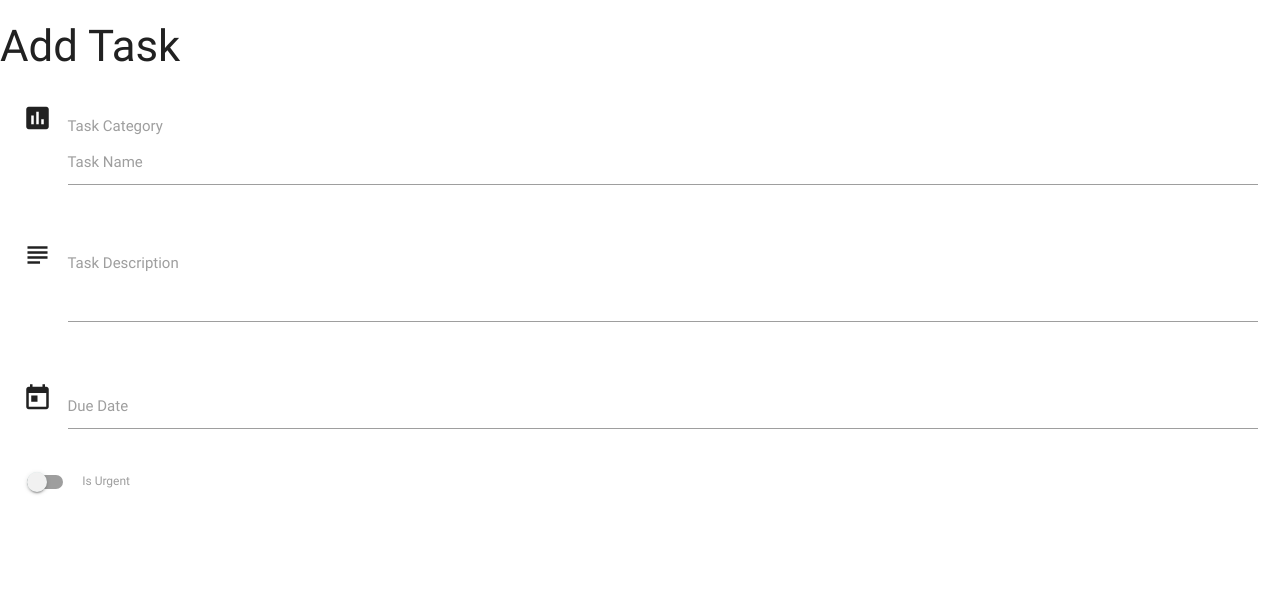
Repository: Debbiepimpo/python-miniproject
Page: http://localhost/add_task
The author's editor kept a record of every edit. The page is drawn from the files as they stood at one moment, then again after the next edit.
The browser window is 1280 px wide. The pictures show the whole page.
Some web libraries are served in a nearby version. The page is served by the project's application, run on Flask 3 (app.py). Queries for data that is not in the repository find no rows.

Above is the page before.
Console error: TypeError: $(...).formSelect is not a function

### templates/addtasks.html
{% extends 'base.html' %} {% block content %}

<h3>Add Task</h3>
<div class="row">
    <form action="" method="POST" class="col s12">
        <div class="row">
            <div class="input-field col s12">
                <i class="material-icons prefix">poll</i>
                <select id="category" name="category_name">
                    <option value="" disabled selected>Choose Category</option>
                    {% for cat in categories %}
                    <option value="{{cat_category_name}}">{{cat_category_name}}</option>
                    {% endfor %}
                </select>
                <label>Task Category</label>
            </div>
        </div>
        <div class="row">
            <div class="input-field col s12">
                <i class="material-icons prefix">assigment</i>
                <input id="task_name" name="task_name" type="text" class="validate">
                <label for="icon_prefix">Task Name</label>
            </div>
        </div>
        <div class="row">
            <div class="input-field col s12">
                <i class="material-icons prefix">subject</i>
                <textarea type="textarea" name="task_description" id="task_description" class="materialize-textarea"></textarea>
                <label for="icon_telephone">Task Description</label>
            </div>
        </div>
        <div class="row">
            <div class="input-field col s12">
                <i class="material-icons prefix">today</i>
                <input id="matfix" name="due_date" type="text" class="datepicker">
                <label for="icon_prefix">Due Date</label>
            </div>
        </div>
        <div class="row">
            <div class="switch">
                <label>
                  <input id="is_urgent" name="is_urgent" type="checkbox">
                  <span class="lever"></span>
                  Is Urgent
                </label>
            </div>
        </div>
    </form>
</div>


{% endblock %}

### templates/base.html
<!DOCTYPE html>
<html lang="en">

<head>
    <meta charset="UTF-8">
    <meta name="viewport" content="width=device-width, initial-scale=1.0">
    <meta http-equiv="X-UA-Compatible" content="ie=edge">
    <link href="https://fonts.googleapis.com/icon?family=Material+Icons" rel="stylesheet">
    <link rel="stylesheet" href="https://cdnjs.cloudflare.com/ajax/libs/materialize/0.100.2/css/materialize.min.css">
    <title>Task Manager</title>
</head>

<body>
    {% block content %} {% endblock %}
    <script src="https://cdnjs.cloudflare.com/ajax/libs/jquery/3.2.1/jquery.min.js"></script>
    <script src="https://cdnjs.cloudflare.com/ajax/libs/materialize/0.100.2/js/materialize.min.js"></script>
    <script type="text/javascript">
        $(document).ready(function(){
            $('.collapsible').collapsible();
            $('select').formSelect();
            $('.datepicker').datepicker();
        });
        document.getElementById("matfix").addEventListener("click", function(e) {
            e.stopPropagation();
        });
    </script>


</body>

</html>

### app.py
import os
from flask import Flask, render_template, redirect, request, url_for
from flask_pymongo import PyMongo
from bson.objectid import ObjectId

app = Flask(__name__)
app.config["MONGO_DBNAME"] = 'task-manager'
app.config["MONGO_URI"] = os.getenv('MONGO_URI')

mongo = PyMongo(app)


@app.route('/')
@app.route('/get_tasks')
def get_tasks():
    return render_template("tasks.html",
    tasks=mongo.db.tasks.find())

@app.route('/add_task')
def add_task():
    return render_template("addtasks.html",
    categories=mongo.db.categories.find())

@app.route('/insert_task', methods=["POST"])
def insert_task():
    tasks=mongo.db.tasks
    tasks.insert_one(request.form.to_dict())
    return redirect(url_for('get_tasks'))



if __name__ == '__main__':
    app.run(host=os.environ.get('IP'),
            port=int(os.environ.get('PORT')),
            debug=True)

After the next edit:
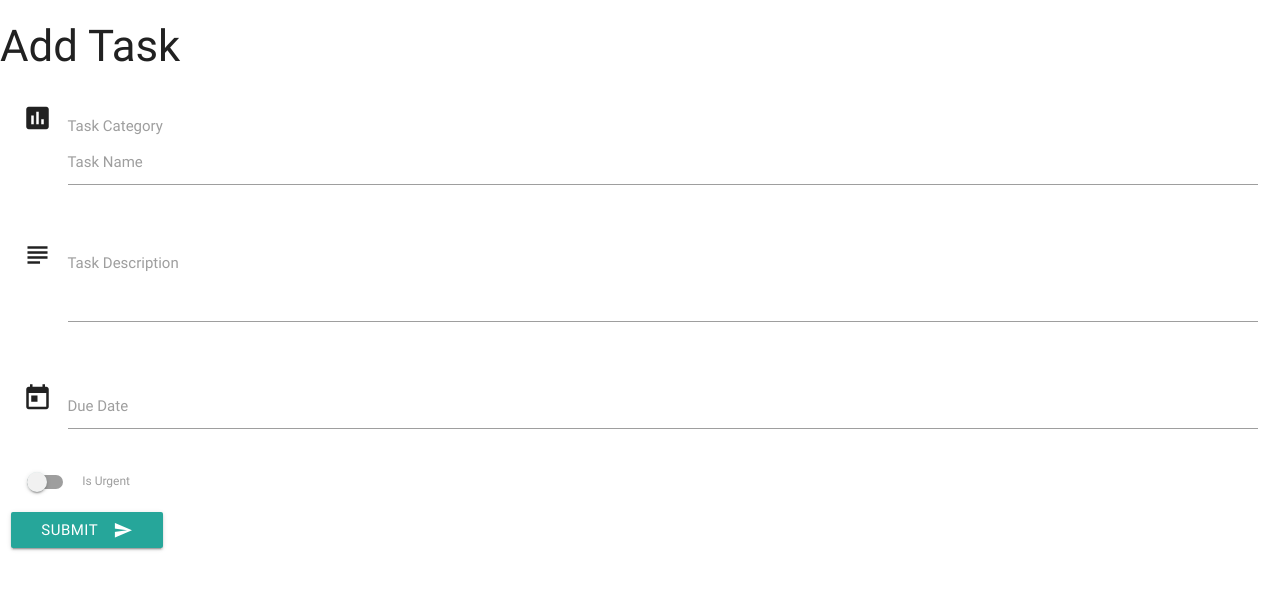
The edit:
--- a/templates/addtasks.html
+++ b/templates/addtasks.html
@@ -45,6 +45,10 @@
                 </label>
             </div>
         </div>
+        <div class="row">
+        <button class="btn waves-effect waves-light" type="submit" name="action">Submit
+    <i class="material-icons right">send</i>
+  </button>
     </form>
 </div>
 
